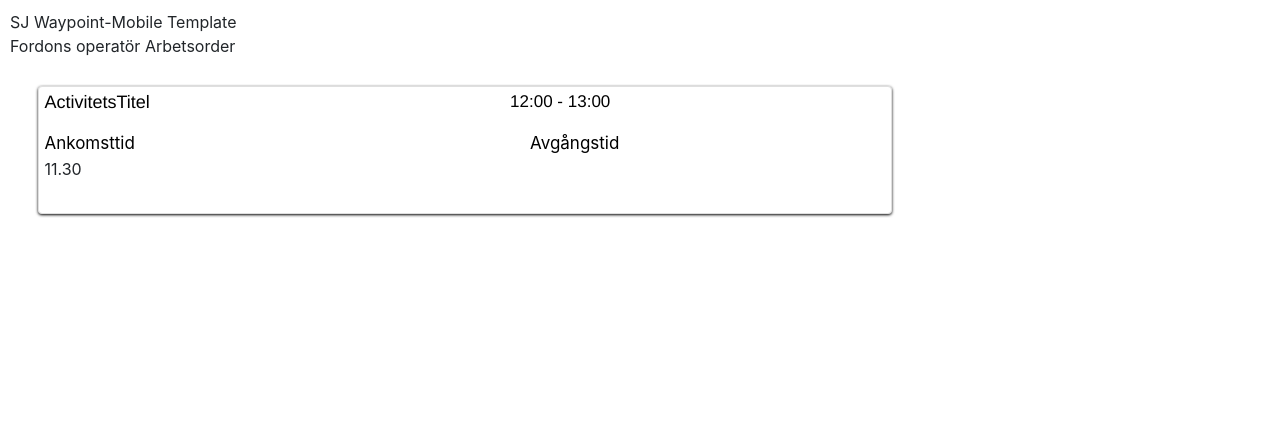
Repository: AdrianaLarsson/yarn-next-typescript
Page: /
These files come from the project's save history. The page is drawn as it stood at one moment and after the next save; the edit follows.
The browser window is 1280 px wide. The pictures show the whole page.
The project was rebuilt for these pictures with package versions that can differ from the ones it lists, and the page was loaded fresh each time. The framework's server and built-in components were replaced by stand-ins that run in the browser.

Above is the page before, as saved 2021-03-01 08:29:36.

After the next save:
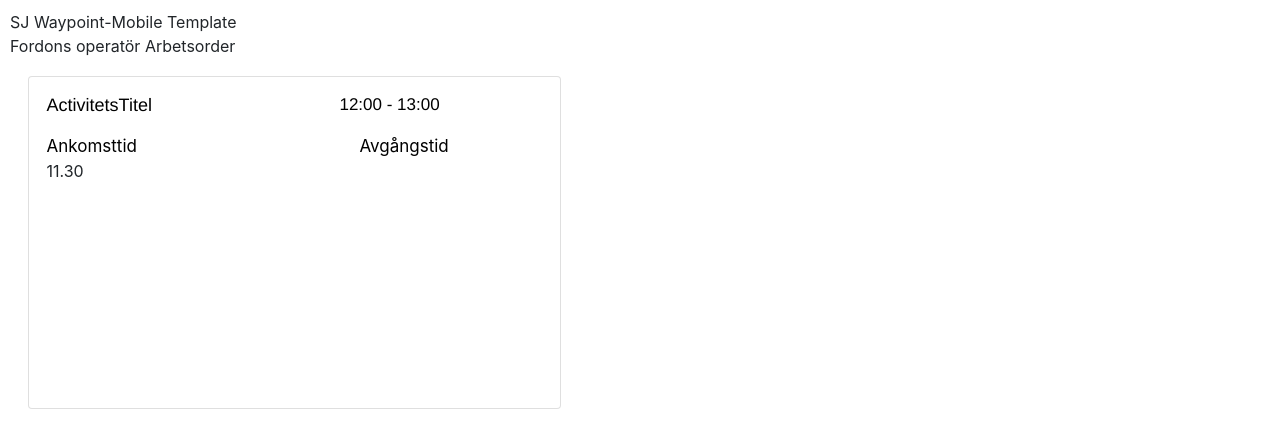
Saved 78 s later.
--- a/components/organisms/Card/Card.tsx
+++ b/components/organisms/Card/Card.tsx
@@ -5,18 +5,18 @@ import styled from 'styled-components/'
 import px2vw from '../../../styles/px2vw';
 
 const StyledCard = styled(Card)`
-display: flex
-justify-content: center
-padding: .5rem
-width: ${px2vw(280, 315)};
-height: 8em;
-margin: ${px2vw(32)};
-padding: 5px;
-background-color: rgba(0,0,0,0.0);
-box-shadow: 0 1px 3px 0 rgba(0,0,0, 1.5);
-border-radius: 4px;
-@media (min-width: 1024px) {
-    width: ${px2vw(100, 150)};
-  }
+display: flex;
+width: ${px2vw(320, 320)};
+min-height: ${px2vw(200, 320)};
+flex-direction: column;
+padding: ${px2vw(20)};
+margin: ${px2vw(20)};
+background-color: ${props => props.bgColor};
+height: 100%;
+
+@media (min-width: 768px) {
+  width: ${px2vw(320, 768)};
+  min-height: ${px2vw(200, 768)};
+  height: 100%;
 `;
 export default StyledCard;
